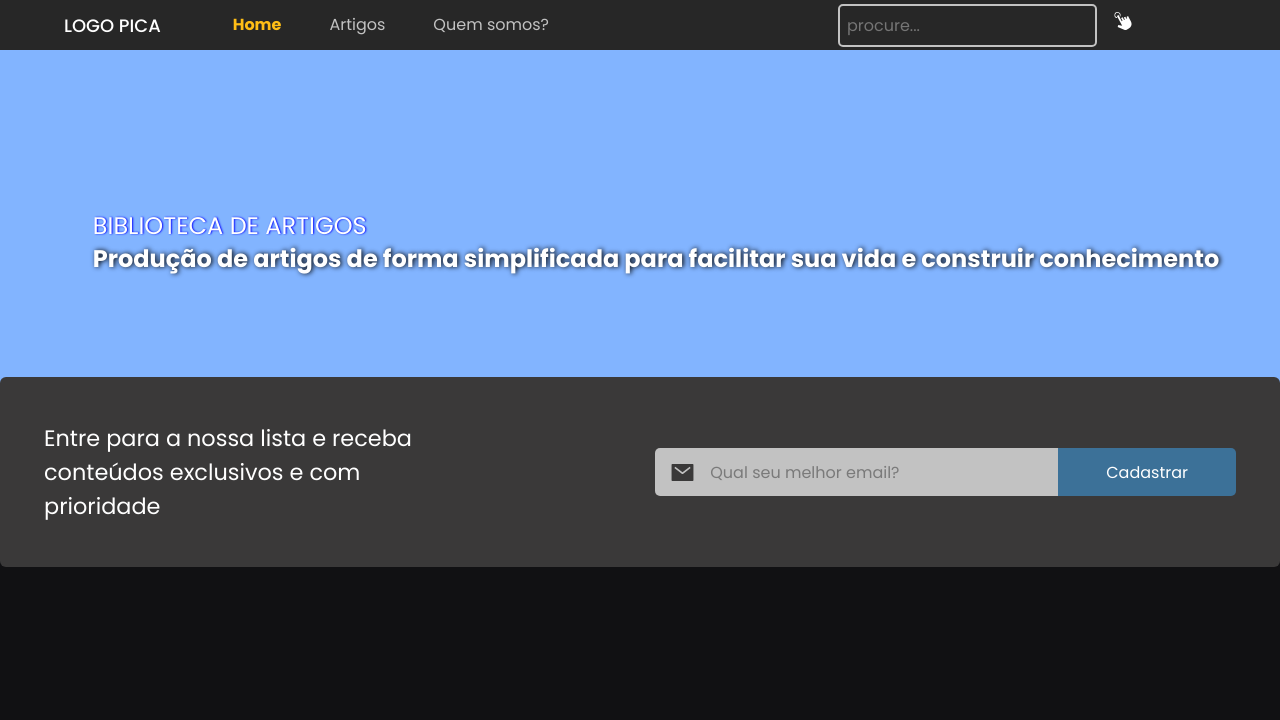
Repository: ArthurHendrich/Inepto
Page: /
These files come from the project's save history. The page is drawn as it stood at one moment and after the next save; the edit follows.
The browser window is 1280 px wide. The pictures show the whole page.
The project was rebuilt for these pictures with package versions that can differ from the ones it lists, and the page was loaded fresh each time. The framework's server and built-in components were replaced by stand-ins that run in the browser. Also part of the build but not shown: next.config.js.

Above is the page before, as saved 2022-07-06 20:57:29.

After the next save:
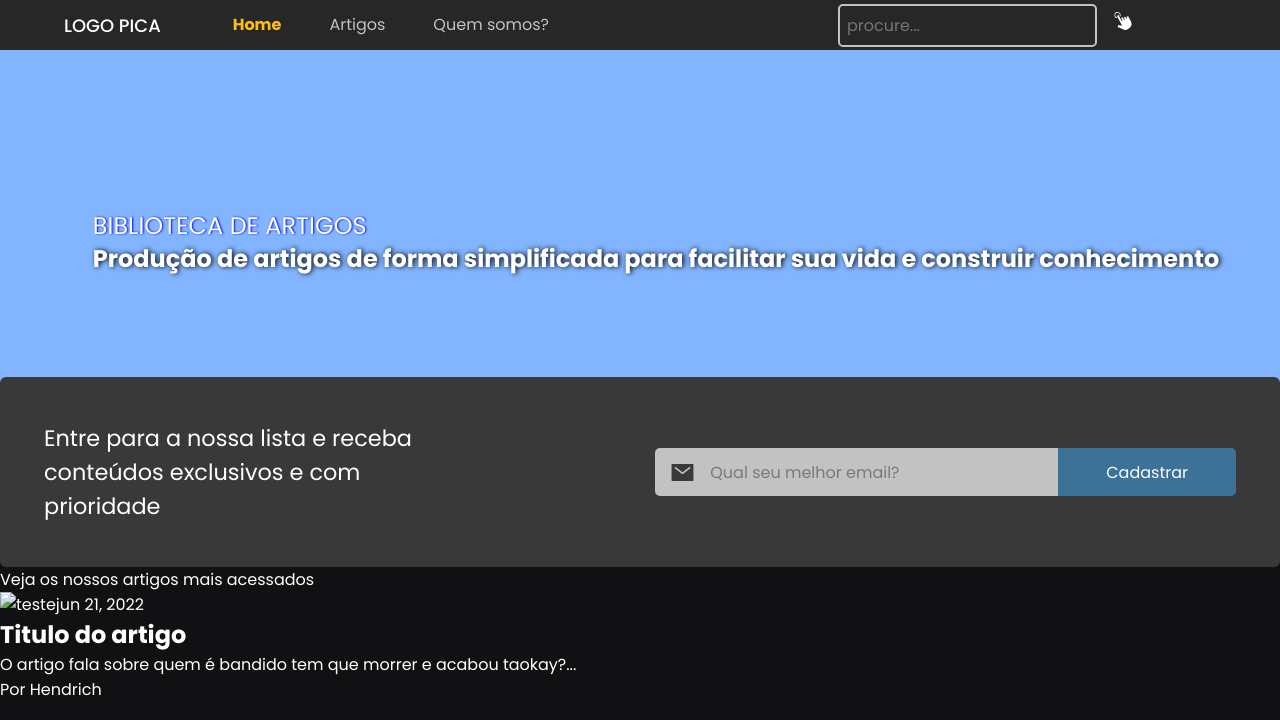
Not found: image/imagemteste.png
Saved 6 min 29 s later.
--- a/src/pages/index.tsx
+++ b/src/pages/index.tsx
@@ -35,6 +35,21 @@
               <button>Cadastrar</button>
           </div>
         </section>
+
+        <section className={styles.acessContainer}>
+          <div className={styles.acessTitle}>
+            Veja os nossos artigos mais acessados
+          </div>
+          <div className={styles.acessContent}>
+            <div className={styles.contentItem}>
+              <img src="image/imagemteste.png" alt="teste" />
+              <time>jun 21, 2022</time>
+              <h2>Titulo do artigo</h2>
+              <p>O artigo fala sobre quem é bandido tem que morrer e acabou taokay?...</p>
+              <span>Por Hendrich</span>
+            </div>
+          </div>
+        </section>
       </main>
     </>
   );

After the save that followed:
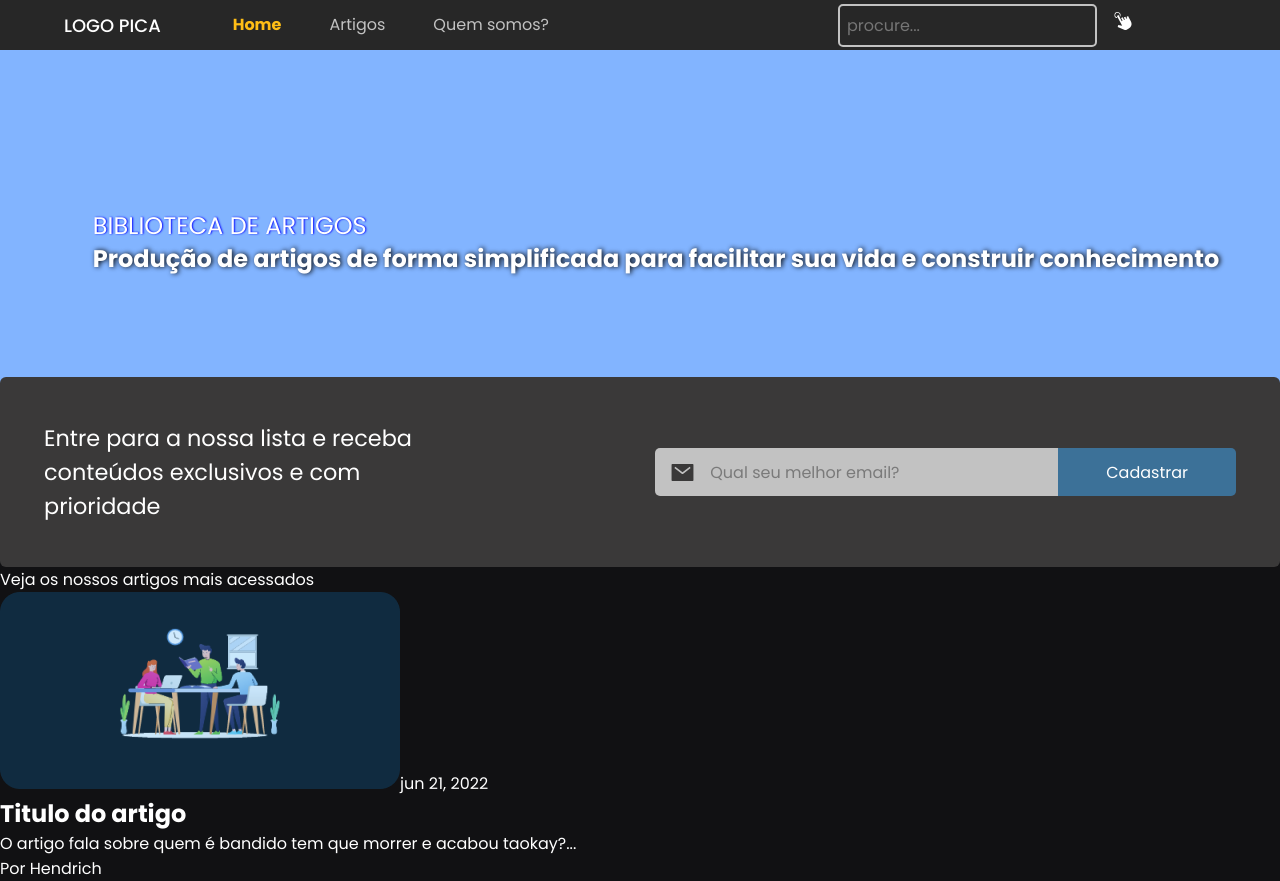
Saved 19 s later.
--- a/src/pages/index.tsx
+++ b/src/pages/index.tsx
@@ -42,7 +42,7 @@
           </div>
           <div className={styles.acessContent}>
             <div className={styles.contentItem}>
-              <img src="image/imagemteste.png" alt="teste" />
+              <img src="images/imagemteste.png" alt="teste" />
               <time>jun 21, 2022</time>
               <h2>Titulo do artigo</h2>
               <p>O artigo fala sobre quem é bandido tem que morrer e acabou taokay?...</p>
